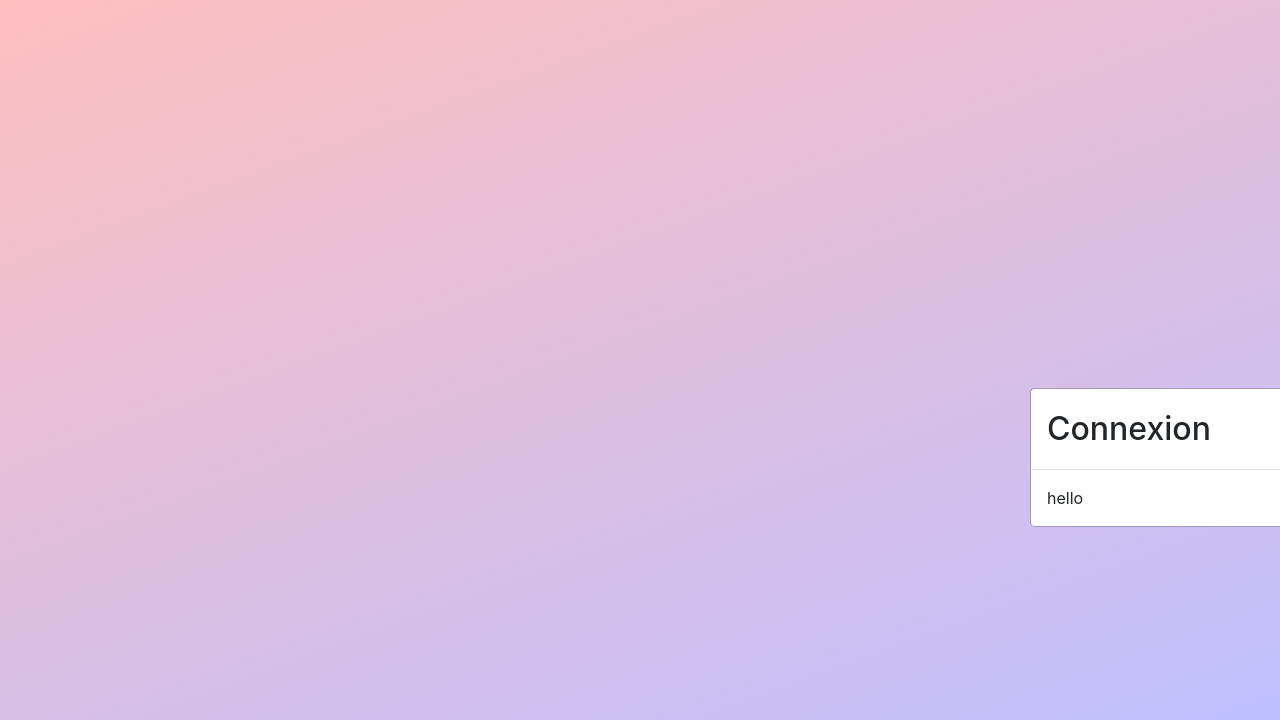
Repository: FS-23/react-task-manager
Page: /login
An editor plug-in stored every save of this project. The page is shown before and after the next save, followed by the edit.
The browser window is 1280 px wide. The pictures show the whole page.
The project was rebuilt for these pictures with package versions that can differ from the ones it lists, and the page was loaded fresh each time.

Above is the page before, as saved 2022-04-28 14:22:52.

### public/index.html
<!DOCTYPE html>
<html lang="en">
  <head>
    <meta charset="utf-8" />
    <link rel="icon" href="%PUBLIC_URL%/favicon.ico" />
    <meta name="viewport" content="width=device-width, initial-scale=1" />
    <meta name="theme-color" content="#000000" />
    <meta  name="description" content="Web site created using create-react-app"/>
    <link rel="apple-touch-icon" href="%PUBLIC_URL%/logo192.png" />

    <link rel="manifest" href="%PUBLIC_URL%/manifest.json" />

    <title>React App</title>

    <!-- CSS only -->
   <link href="https://cdn.jsdelivr.net/npm/bootstrap@5.1.3/dist/css/bootstrap.min.css" rel="stylesheet" >
  </head>
  <body>
    <noscript>You need to enable JavaScript to run this app.</noscript>
    <div id="root"></div>


    <!-- JavaScript Bundle with Popper -->
    <script src="https://cdn.jsdelivr.net/npm/bootstrap@5.1.3/dist/js/bootstrap.bundle.min.js"></script>
  </body>
</html>

### src/index.js
import React from 'react';
import ReactDOM from 'react-dom/client';
import './index.css';
import App from './App';
//import 'https://cdn.jsdelivr.net/npm/bootstrap@5.1.3/dist/css/bootstrap.min.css'

const root = ReactDOM.createRoot(document.getElementById('root'));
root.render(
  <React.StrictMode>
    <App />
  </React.StrictMode>
);

// If you want to start measuring performance in your app, pass a function
// to log results (for example: reportWebVitals(console.log))
// or send to an analytics endpoint. Learn more: https://bit.ly/CRA-vitals

### src/index.css
body {
  margin: 0;
  font-family: -apple-system, BlinkMacSystemFont, 'Segoe UI', 'Roboto', 'Oxygen',
    'Ubuntu', 'Cantarell', 'Fira Sans', 'Droid Sans', 'Helvetica Neue',
    sans-serif;
  -webkit-font-smoothing: antialiased;
  -moz-osx-font-smoothing: grayscale;
}

code {
  font-family: source-code-pro, Menlo, Monaco, Consolas, 'Courier New',
    monospace;
}


.login-bg {
     background-image: linear-gradient(160deg , red , blue);

}

### src/App.js

import Login from "./components/Login";
function App() {
  return (
    <div className="App">
         <Login />
    </div>
  );
}




export default App;

### src/components/Login.js
import { useState } from 'react'
function Login(){
    let [email , setEmail]= useState('')
    let [password , setPassword]= useState('')
    let [loading , setLoading]= useState(false)

    function handleEmailChange(event){
        setEmail(event.target.value)
    }

    function handlePasswordChange(event){
        setPassword(event.target.value)
    }

    function handleFormSubmit(event){
        event.preventDefault()
        console.log('form infos', {email , password})
        setLoading(true)
        setTimeout(()=> {
           setLoading(false)
        }, 3000)
    }
     return(
         <>
             <div className='position-fixed vw-100 vh-100  top-0'>
                    <div className="login-bg position-absolute opacity-25 top-0 w-100 h-100">

                    </div>

                    <div className='position-relative top-50 start-50'>
                         <div className='modal-dialog'>
                               <div className='modal-content'>
                                    <div className='modal-header'>
                                        <h2 className='modal-title'>Connexion</h2>
                                    </div>
                                    <div className='modal-body'>
                                          hello
                                    </div>
                               </div>
                         </div>
                    </div>
             </div>
         </>
     )
}

export default Login




/*

<form onSubmit={handleFormSubmit}>
                     <div className="mt-4">
                        <input className="form-control" onChange={handleEmailChange}/>
                     </div>
                     <div className="mt-4">
                       <input className="form-control" onChange={handlePasswordChange}/>
                     </div>
                     <button className="btn btn-primary mt-4">
                         Connecter
                         {loading ? <div className='spinner-border ms-1 spinner-border-sm'></div>: ''}
                     </button>
                     <div className='mt-3'>
                            email: {email} ---
                            password: {password}
                     </div>
                 </form>
                 */

After the next save:
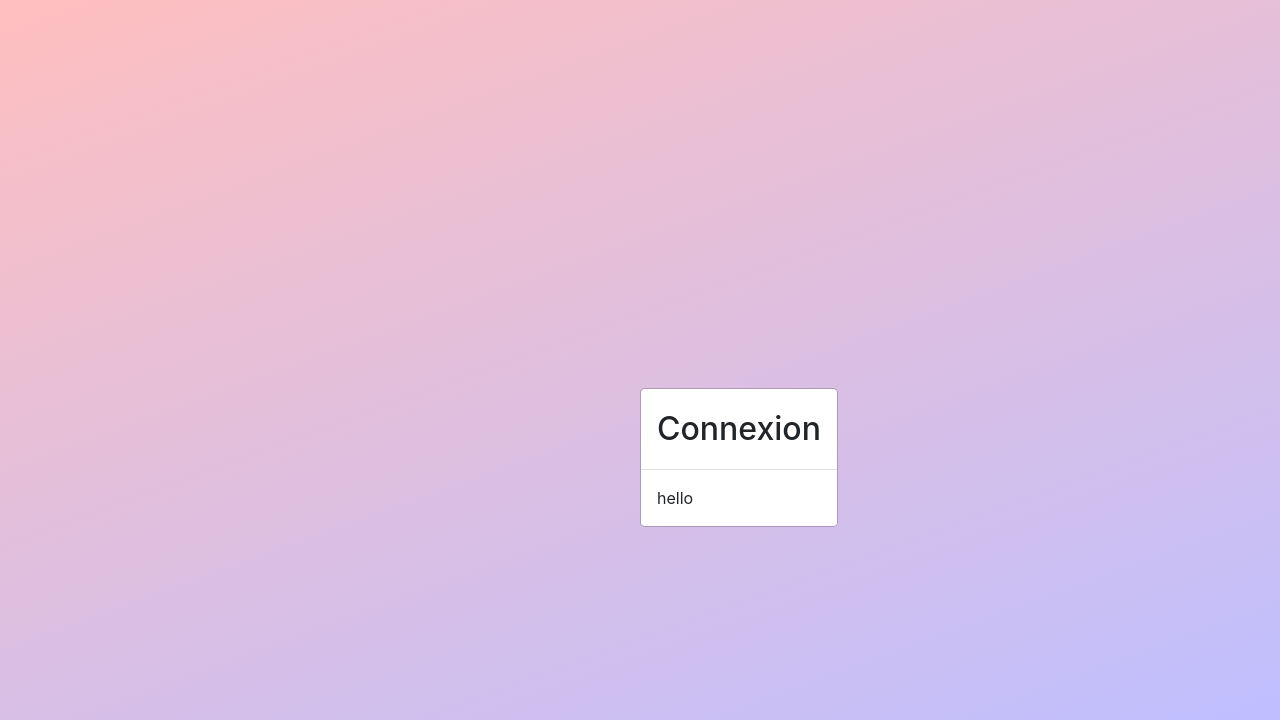
Saved 9 s later.
--- a/src/components/Login.js
+++ b/src/components/Login.js
@@ -27,7 +27,7 @@ function Login(){
 
                     </div>
 
-                    <div className='position-relative top-50 start-50'>
+                    <div className='position-absolute top-50 start-50'>
                          <div className='modal-dialog'>
                                <div className='modal-content'>
                                     <div className='modal-header'>
